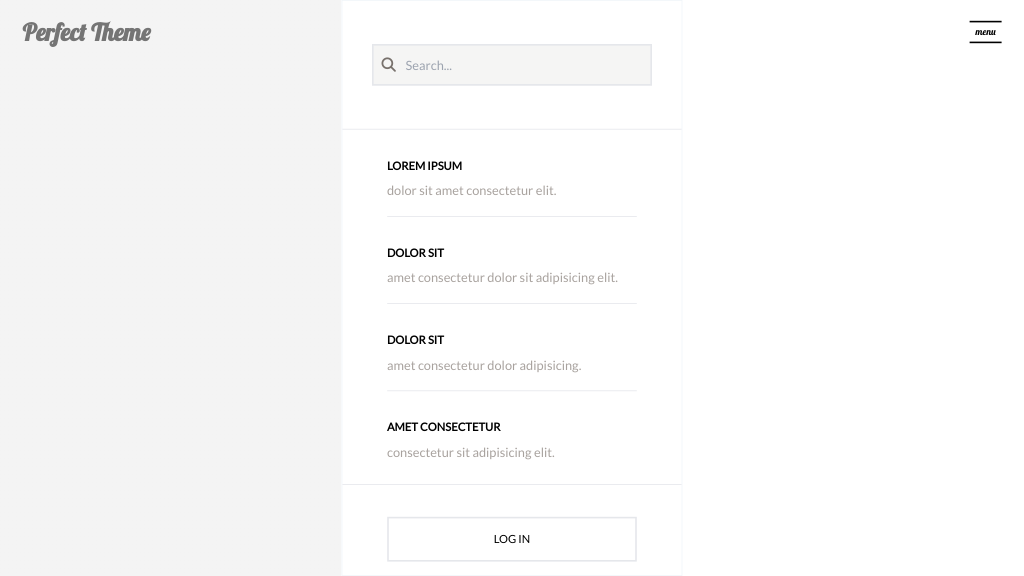
Repository: hsumyatm7308/laravel-blog
Page: blogweb/resources/views/blog/headerlayout.html
These files come from the project's save history. The page is drawn as it stood at one moment and after the next save; the edit follows.
The browser window is 1280 px wide. The pictures show the whole page, at 80% of full size.
Some web libraries are served in a nearby version.

Above is the page before, as saved 2023-09-05 17:43:41.

### blogweb/resources/views/blog/headerlayout.html
<!DOCTYPE html>
<html>

<head>
    <title>@yield('title')</title>
    <script src="https://cdn.tailwindcss.com"></script>
    <link rel="stylesheet" href="https://cdnjs.cloudflare.com/ajax/libs/font-awesome/6.4.2/css/all.min.css">

</head>
<style>
    /* for nav  */
    @import url('https://fonts.googleapis.com/css2?family=Lobster&display=swap');
    /* for body  */
    @import url('https://fonts.googleapis.com/css2?family=Lato&display=swap');


    body {
        font-family: 'Lato', sans-serif;
    }

    nav {
        font-family: 'Lobster', cursive;
    }


    .container {
        width: 80%;
        height: auto;
        /* background-color: antiquewhite; */

        display: flex;
        justify-content: center;
        align-items: center;

        position: relative;


    }

    .navlabel {
        position: relative;
        /* background-color: aqua; */
    }

    .lictn {
        position: relative;
    }

    .skewtextctn,
    .skewtextctn2 {
        width: 50px;
        height: 30px;
        border-radius: 100%;
        border-left: 1px solid black;

        position: fixed;
        top: 25px;




        transform: skew(-40deg);

    }

    .skewtextctn {
        left: 700px;
    }

    .skewtextctn2 {
        left: 800px;
    }



    .article {
        position: fixed;
        left: 1px;

        top: 1px;
        transform: skew(40deg);

    }

    .skewtextctn:hover,
    .skewtextctn2:hover {
        transition: all .5s;
        background-color: rgb(51 65 85);
    }

    .skewtextctn:hover .article,
    .skewtextctn2:hover .article {
        color: #000;
    }
</style>

<body class="bg-[#ffff]">
    <nav class="w-[100vw] flex justify-center items-center">
        <h1 class="text-3xl font-semibold">Perfect Theme</h1>

        <div class="w-[80%] h-20 flex justify-center items-center container">
            <div class="flex justify-between items-center list-none navlabel">
                <li class="p-5 mr-4 lictn">
                    <div class="bg-yellow-100 skewtextctn">
                        <a href="" class="text-xl text-black article">Home</a>
                    </div>
                </li>

                <li class="p-5 mr-4">
                    <div class=" active">
                        <a href="" class="text-xl text-black ">Article</a>
                    </div>
                </li>
            </div>


        </div>

        <div class=" menu ">
            <span class="text-xs flex justify-center items-center flex-col">
                <div class="w-10 h-[2px] bg-black"></div>
                <span class="p-1 hover:self-end hover:text-yellow-500"> menu</span>
                <div class="w-10 h-[2px] bg-black font-semibold"></div>
            </span>
        </div>
    </nav>



    <div
        class="menu-modal w-screen  h-screen absolute left-0 top-0 grid grid-cols-3">
        <div class="col-spans-2 h-[100vh] bg-[linear-gradient(rgba(233,233,233,.5),rgba(233,233,233,.5))] p-10">

        </div>
        <div class=" h-[100vh] bg-white  border border-slate-100">

            <div class="w-full h-40 flex justify-center items-center">
                <form action="" method="post" class="relative">
                    <i class="fa-solid fa-magnifying-glass text-stone-500 text-lg absolute left-3 top-[12px]"></i>
                    <input type="search"
                        class=" border-2 px-32 py-3 pl-10 bg-stone-100 font-thin focus:outline-none	focus:border focus:border-emerald-600 focus:ring-1 focus:ring-emerald-400"
                        placeholder="Search...">
                </form>
            </div>
            <hr>


            <div class="mt-4">
                <div class="px-14 py-4 group hover:text-emerald-600">
                    <li class="list-none pb-5">
                        <a href="" class="uppercase text-sm font-semibold group-hover:text-emerald-600">Lorem ipsum</a>
                        <p class="text-stone-400 mt-2 group-hover:text-emerald-600">dolor sit amet consectetur elit.</p>
                    </li>
                    <hr>
                </div>


                <div class="px-14 py-4 group hover:text-emerald-600">
                    <li class="list-none pb-5">
                        <a href="" class="uppercase text-sm font-semibold group-hover:text-emerald-600" >dolor sit</a>
                        <p class="text-stone-400 mt-2 group-hover:text-emerald-600"> amet consectetur dolor sit adipisicing elit.</p>

                    </li>
                    <hr>
                </div>


                <div class="px-14 py-4 group hover:text-emerald-600">
                    <li class="list-none pb-5">
                        <a href="" class="uppercase text-sm font-semibold  group-hover:text-emerald-600">dolor sit</a>
                        <p class="text-stone-400 mt-2 group-hover:text-emerald-600" > amet consectetur dolor adipisicing.</p>

                    </li>
                    <hr>
                </div>

                <div class="px-14 py-4 group hover:text-emerald-600">
                    <li class="list-none  pb-3 hover:text-emerald-400">
                        <a href="" class="uppercase text-sm font-semibold group-hover:text-emerald-600">amet consectetur </a>
                        <p class="text-stone-400 mt-2 group-hover:text-emerald-600"> consectetur sit adipisicing elit.</p>

                    </li>

                </div>
                <hr class="mb-10">

                <div class=" px-14">
                    <div class="px-4 py-4 border-2 flex justify-center items-center mt-5 hover:border-emerald-600 hover:text-emerald-500 ">
                        <button class="uppercase text-sm">Log in</button>
                    </div>


                </div>
            </div>

        </div>

    </div>


    <script>
        var menu = document.querySelector('.menu');
        menu.addEventListener('click', function () {

        })


    </script>
</body>

</html>

After the next save:
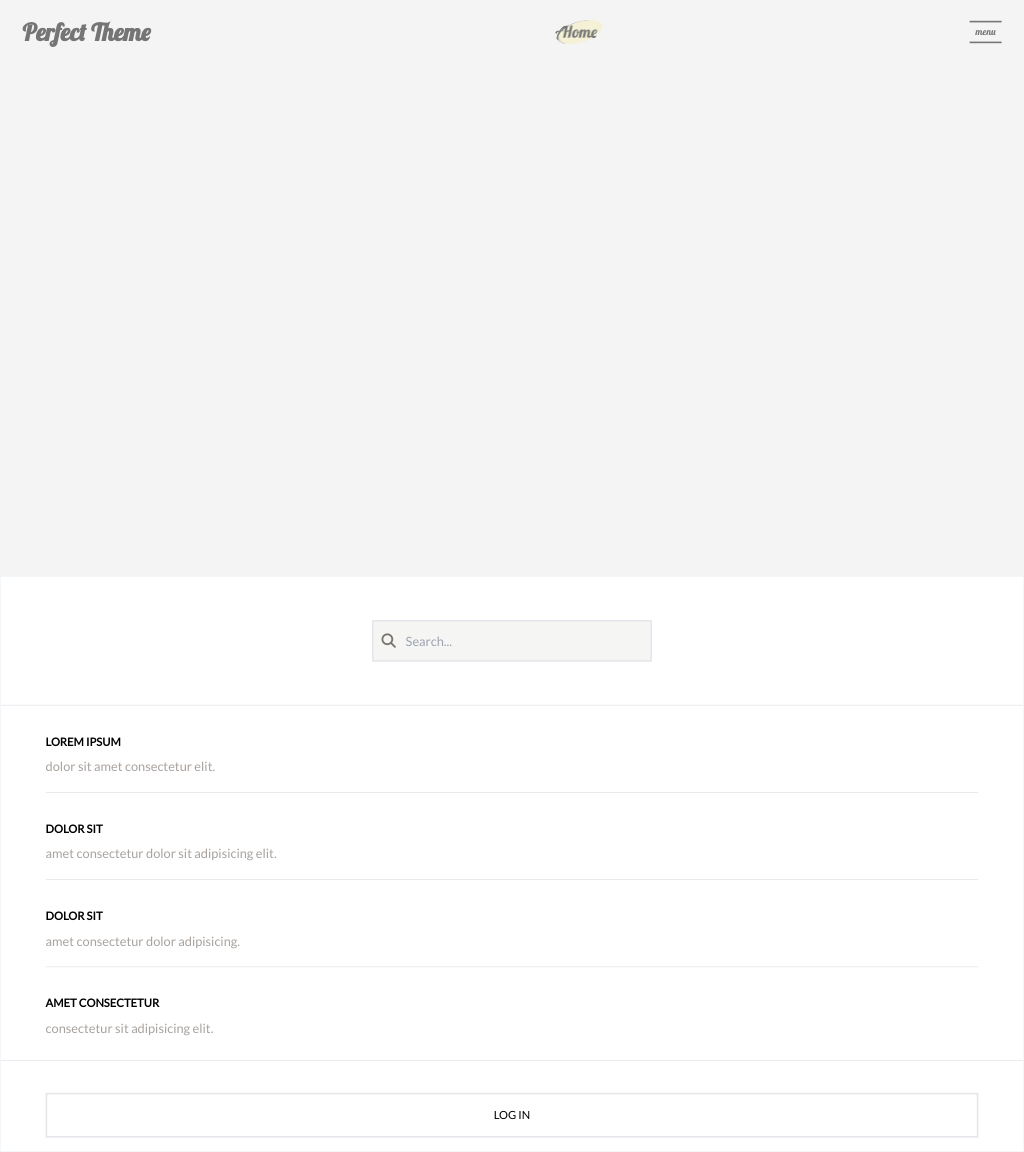
Saved 9 s later.
--- a/blogweb/resources/views/blog/headerlayout.html
+++ b/blogweb/resources/views/blog/headerlayout.html
@@ -128,7 +128,7 @@
 
 
     <div
-        class="menu-modal w-screen  h-screen absolute left-0 top-0 grid grid-cols-3">
+        class="menu-modal w-screen  h-screen absolute left-0 top-0 grid grid-col-3">
         <div class="col-spans-2 h-[100vh] bg-[linear-gradient(rgba(233,233,233,.5),rgba(233,233,233,.5))] p-10">
 
         </div>

After the save that followed:
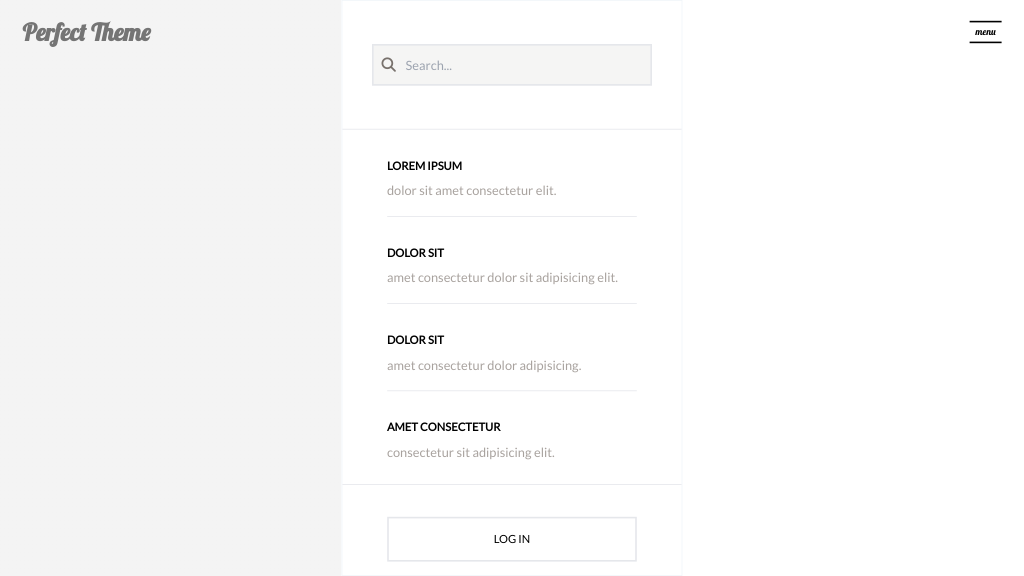
Saved 53 s later.
--- a/blogweb/resources/views/blog/headerlayout.html
+++ b/blogweb/resources/views/blog/headerlayout.html
@@ -128,7 +128,7 @@
 
 
     <div
-        class="menu-modal w-screen  h-screen absolute left-0 top-0 grid grid-col-3">
+        class="menu-modal w-screen  h-screen absolute left-0 top-0 grid grid-cols-3">
         <div class="col-spans-2 h-[100vh] bg-[linear-gradient(rgba(233,233,233,.5),rgba(233,233,233,.5))] p-10">
 
         </div>
